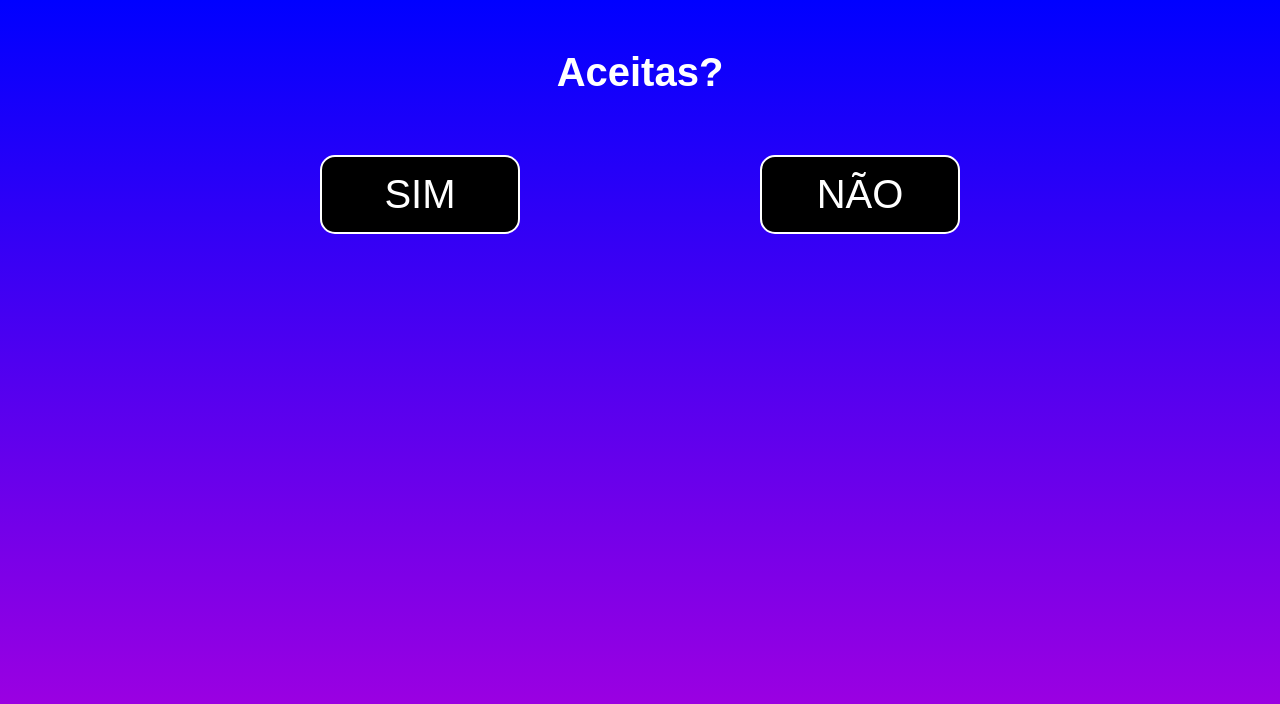
Repository: Matheus904-12/Namorar-
Page: index.html
The author's editor kept a copy of each file at every save. The page is drawn from the files as they stood at one save, then again after a run of saves.
The browser window is 1280 px wide. The pictures show the whole page.

Above is the page before, as saved 2023-08-28 23:21:14.

### index.html
<!DOCTYPE html>
<html lang="en">

<head>
    <meta charset="UTF-8">
    <meta name="viewport" content="width=device-width, initial-scale=1.0">
    <title>Sim</title>

    <style>
        * {
            margin: 0;
            border: 0;
            padding: 0;
            box-sizing: border-box;
        }

        body {
            background: linear-gradient(blue, rgb(158, 0, 225));
            background-repeat: no-repeat;
            background-attachment: fixed;
        }

        .btn {
            color: #fff;
            background-color: #000;
            font: 300 40px 'Poppins', sans-serif;
            padding: 15px 30px;

            width: 200px;
            border-radius: 15px;
            border: 2px solid #fff;
            margin: 10px;

            cursor: pointer;
            transition: ease-in-out 0.3s;

            display: flex;
            align-items: center;
            justify-content: center;
        }

        .tituloPrincipal {
            font: 700 40px 'Poppins', sans-serif;
            color: #fff;
        }

        .titulo {
            text-align: center;
            margin: 50px 0;
        }

        .botoes {
            display: flex;
            justify-content: space-around;
            margin: 0 200px;
        }

        @media screen and (max-width: 768px) {
            .btn {
                display: flex;
                width: 100px;
                font: 300 30px 'Poppins', sans-serif;
            }

            .botoes {
                display: flex;
            }
        }
    </style>
    <script>
        function sim() {
            location.href = 'https://www.youtube.com/watch?v=2naK-o4XzXM';
        }

        function esquivo(btn) {
            btn.style.position = 'absolute';
            btn.style.bottom = posicao(10, 80);
            btn.style.left = posicao(10, 80);
        }

        function posicao(min, max) {
            return (Math.random() * (max - min + min)) + "%"
        }
    </script>
</head>

<body>
    <div class="titulo">
        <h1 class="tituloPrincipal">Aceitas?</h1>
    </div>

    <div class="botoes">
        <div class="botaoS">
            <button class="btn" onclick="sim()">SIM</button>
        </div>
        <div class="botaoN">
            <button class="btn" onclick="esquivo(this)" onmouseover="esquivo(this)">NÃO</button>
        </div>
    </div>

</body>

</html>

After the next 2 saves:
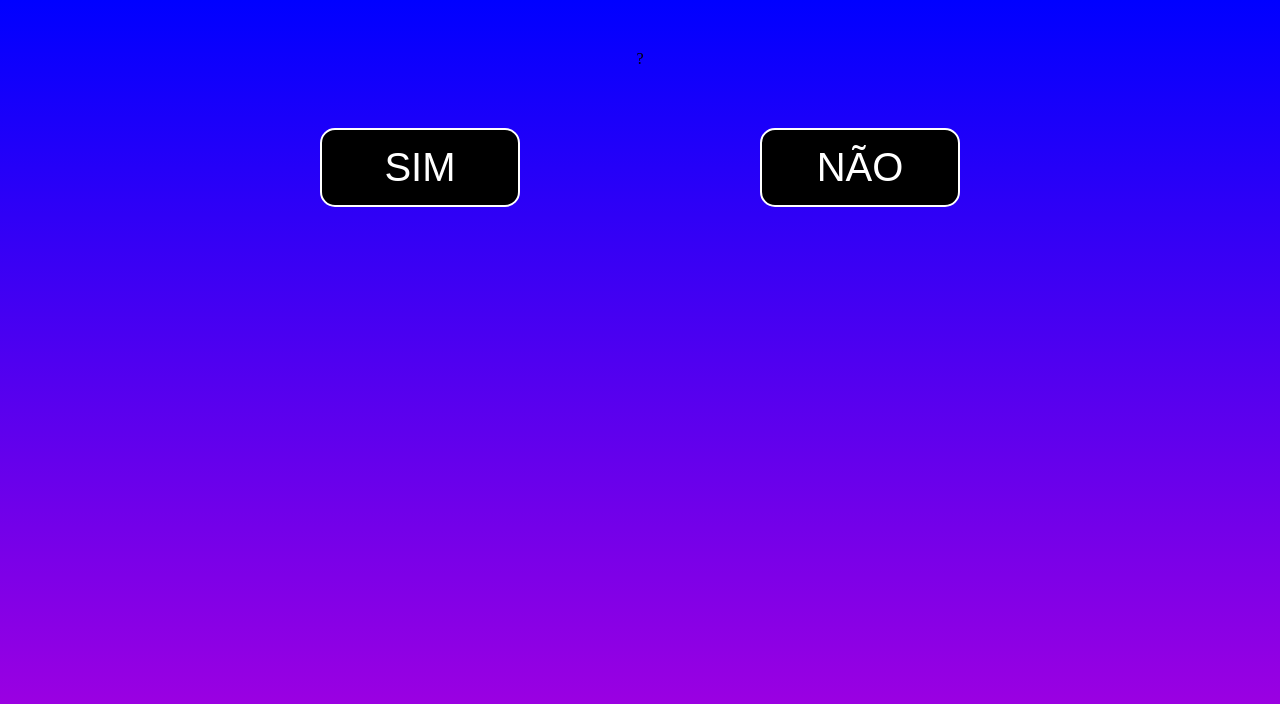
The 2 saves are shown as one change because they came seconds apart.
The last was saved 59 s later.
--- a/index.html
+++ b/index.html
@@ -86,7 +86,7 @@
 
 <body>
     <div class="titulo">
-        <h1 class="tituloPrincipal">Aceitas?</h1>
+        <h1 class="tituloPrincipal"></h1>?</h1>
     </div>
 
     <div class="botoes">
